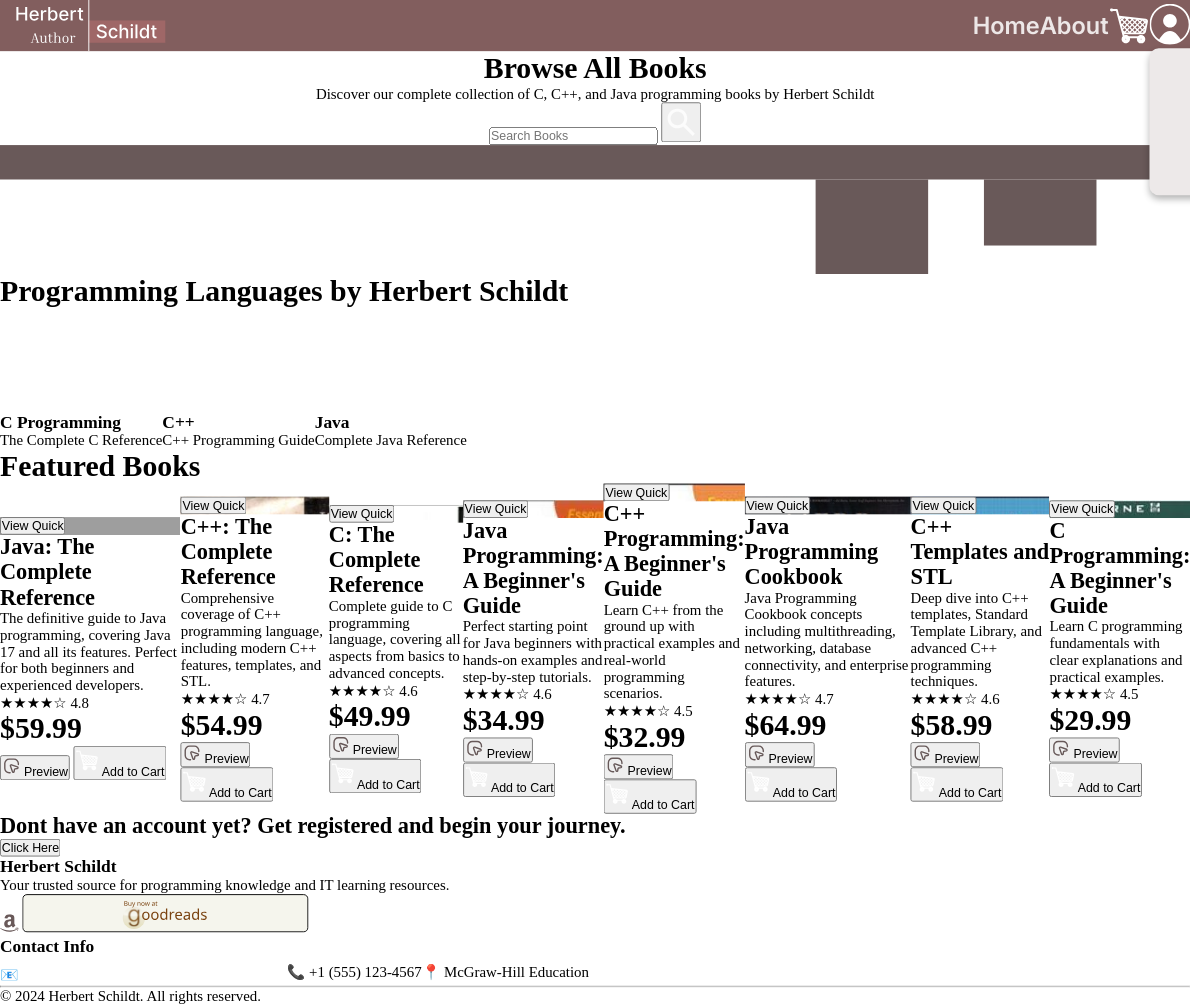
Repository: Darkrepo23/Author-Website-
Page: browse-book.html
An editor plug-in stored every save of this project. The page is shown before and after the next save, followed by the edit.
The browser window is 1280 px wide. The pictures show the whole page, at 93% of full size.
Pictures or frames that could not be fetched are drawn as grey boxes.

Above is the page before, as saved 2025-09-02 15:19:39.

After the next save:
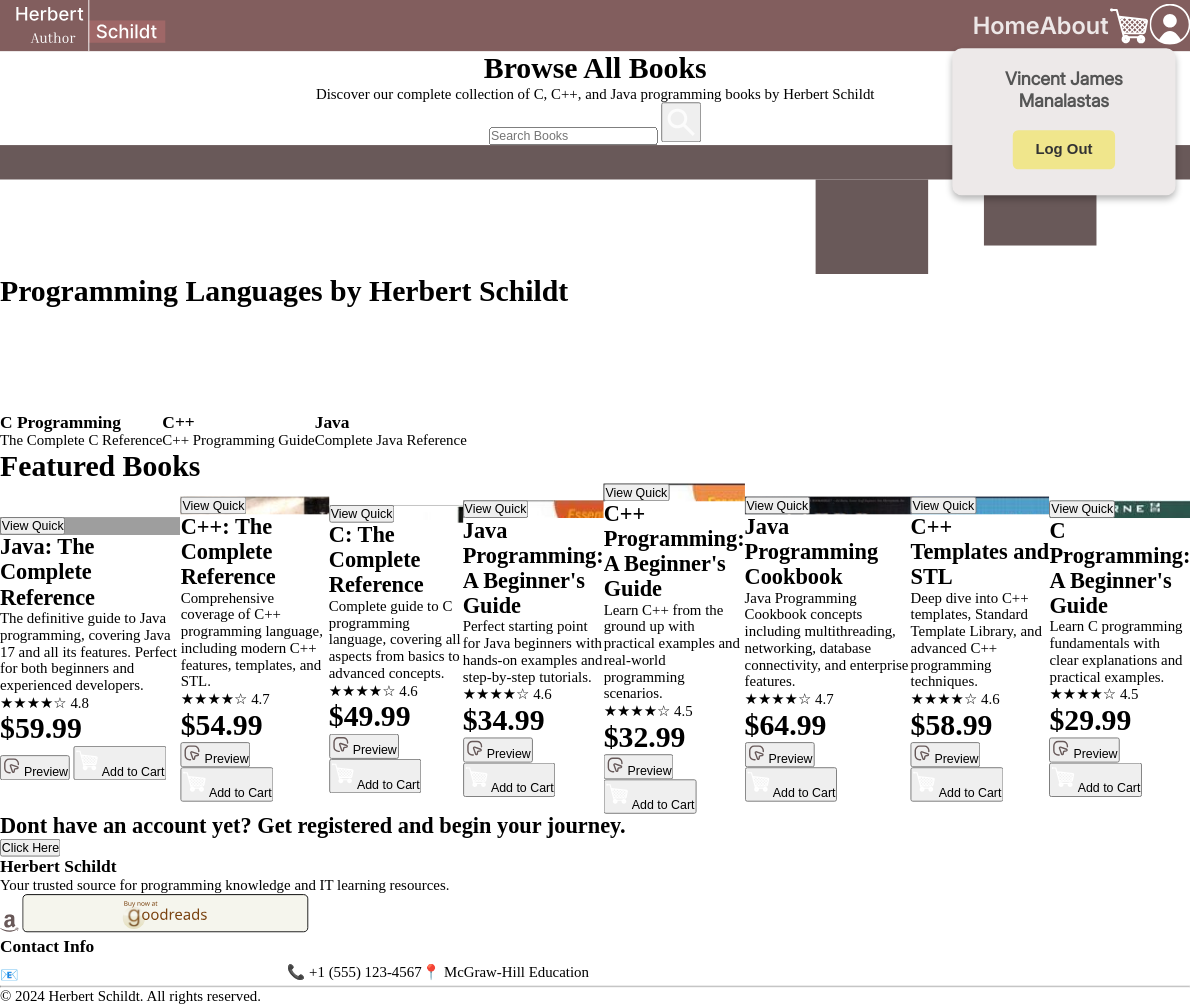
Saved 27 s later.
--- a/style/modal/modal.css
+++ b/style/modal/modal.css
@@ -260,7 +260,7 @@
     position: absolute;
        width: 15rem;
        padding: 1.25rem;
-       r;
+       left: 80%;
        font-family: 'Inter Regular';
        background-color: #EDE9E9;
        /* Light purple/lavender */
@@ -297,10 +297,10 @@
        font-weight: 600;
    }
 
-   .login-button:hover {
+   /* .login-button:hover {
        background-color: #E0D080;
        /* Slightly darker goldenrod on hover */
-   }
+   } */
 
    .login-button:active {
        background-color: #C0B470;
